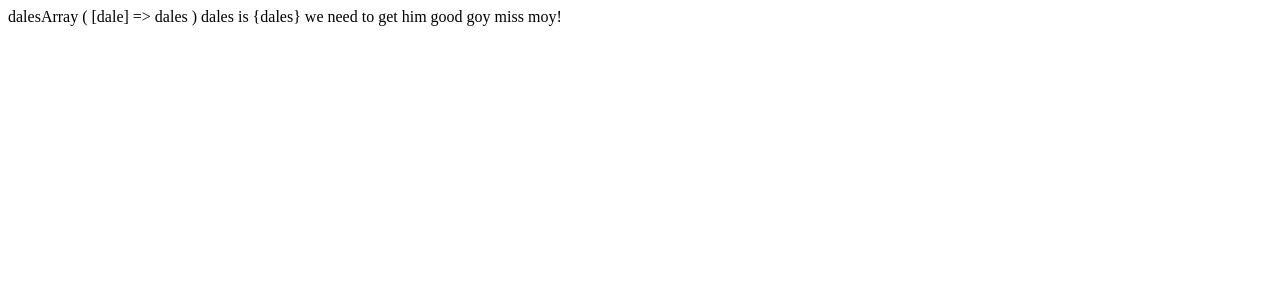
Repository: jyotsna1234/bugappmvc
Page: http://localhost/interfaces.php
An editor plug-in stored every save of this project. The page is shown before and after the next save, followed by the edit.
The browser window is 1280 px wide. The pictures show the whole page.
The page is run by PHP 8.4 with error messages shown; the project is at /var/www/html/.

Above is the page before, as saved 2014-04-08 03:57:54.

### oops_php/interfaces.php
<?php
	ini_set('display_errors',1);

// Declare the interface 'iTemplate'
interface iTemplate
{
    public function setVariable($name, $var);
    public function getHtml($template);
}

// Implement the interface
// This will work
class Template implements iTemplate
{
    private $vars = array();

    public function setVariable($name, $var)
    {
        echo $this->vars[$name] = $var;
		print_r($this->vars);
    }

    public function getHtml($template)
    {
      foreach($this->vars as $name => $value) {

           $template = str_replace('{' . $name . '}', $value, $template);
        }

        return $template;
    }
}
$template=new Template();
echo $template->setVariable('dale', 'dales');
echo $template->getHtml('{dale} is {dales} we need to get him ');
// Provides: 2
$str = str_replace("ll", "", "good golly miss molly!");
echo $str;
?>

After the next save:
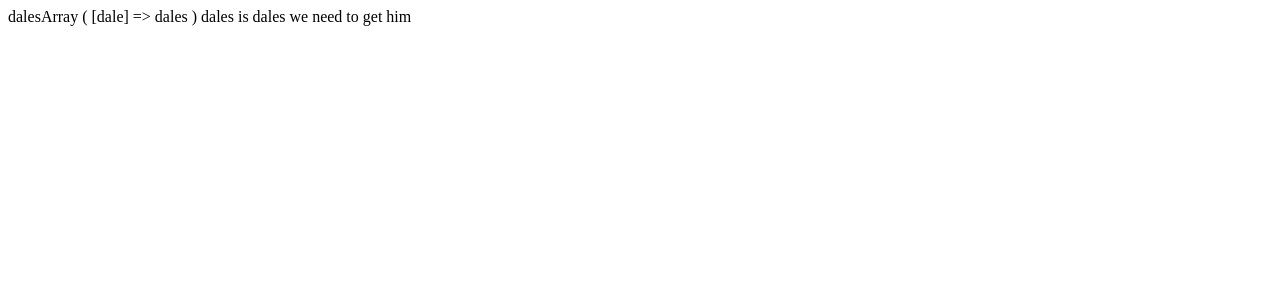
Saved 32 s later.
--- a/oops_php/interfaces.php
+++ b/oops_php/interfaces.php
@@ -32,8 +32,6 @@ class Template implements iTemplate
 }
 $template=new Template();
 echo $template->setVariable('dale', 'dales');
-echo $template->getHtml('{dale} is {dales} we need to get him ');
-// Provides: 2
-$str = str_replace("ll", "", "good golly miss molly!");
-echo $str;
+echo $template->getHtml('{dale} is dales we need to get him ');
+
 ?>
